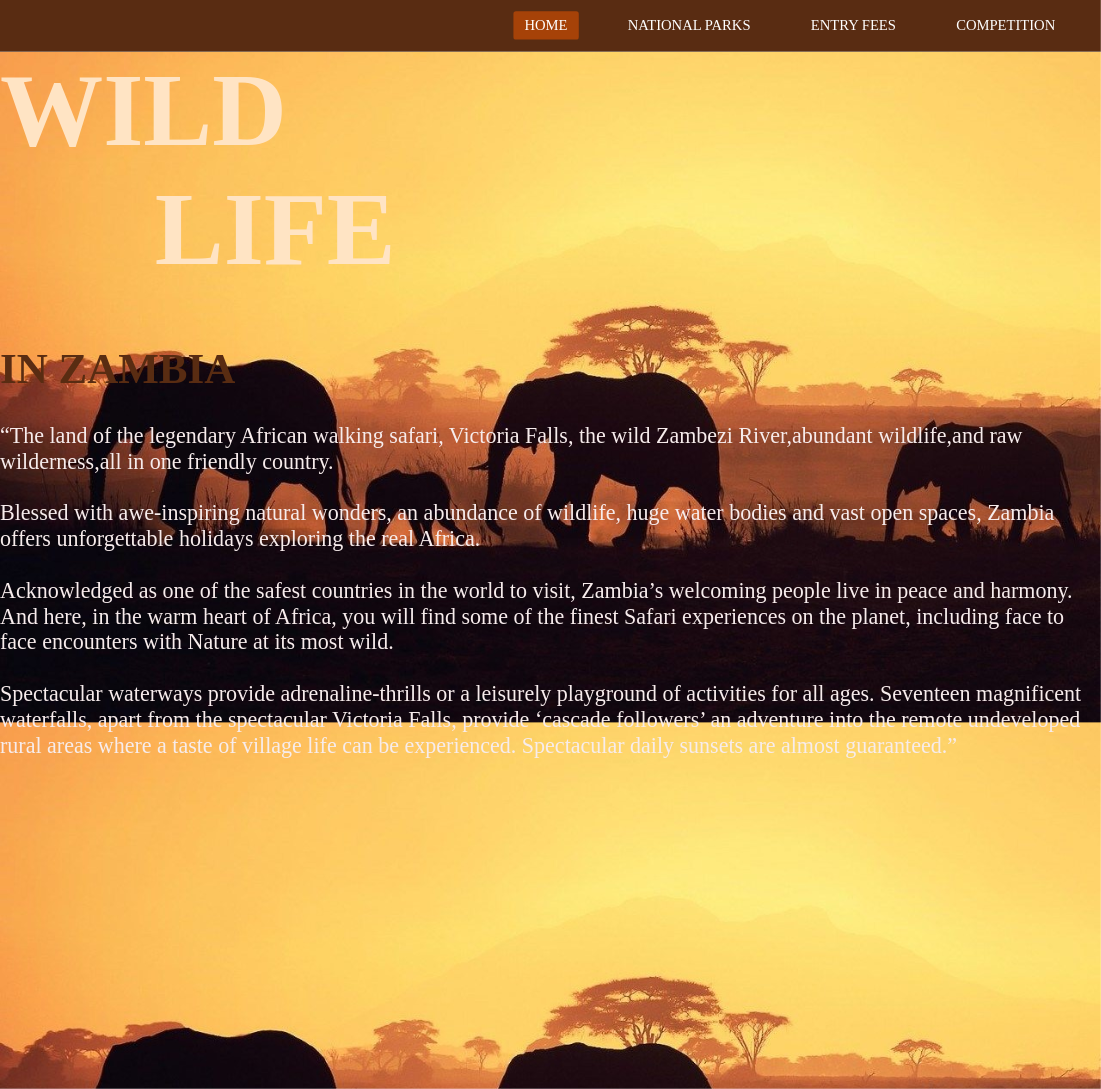
Repository: Lungdjos/web_assignment_3rd_yr
Page: home/index.html
The author's editor kept a copy of each file at every save. The page is drawn from the files as they stood at one save, then again after the next save.
The browser window is 1280 px wide. The pictures show the whole page, at 86% of full size.
Some web libraries are served in a nearby version.

Above is the page before, as saved 2021-06-18 15:26:32.

### home/index.html
<!DOCTYPE html>
<html lang="en">

<head>
    <meta charset="UTF-8">
    <meta http-equiv="X-UA-Compatible" content="IE=edge">
    <meta name="viewport" content="width=device-width, initial-scale=1.0">
    <link rel="stylesheet" href="index.css">


    <title>Home</title>
    <script src="https://kit.fontawesome.com/a076d05399.js"></script>
</head>

<body>
    <nav>
        <input type="checkbox" id="check">
        <label for="check" class="checkbtn">
            <i class="fas fa-bars"></i>
        </label>
        <label class="logo">  </label>

        <ul>
            <li><a class="active" href="#">Home</a></li>
            <li><a class="dropdown" href="#">National Parks</a>
                <ul class="drop">
                    <li>
                        <a href="/national parks/lower_zambezi/Lower_Zambezi.html">Lower Zambezi</a>
                    </li>
                    <li>
                        <a href="/national parks/mosi-oa-tunia/Mosi-oa-Tunya.html">Mosi oa Tunia</a>
                    </li>
                    <li>
                        <a href="/national parks/south_luangwa/South_Luangwa.html">South Luangwa</a>
                    </li>
                    <li>
                        <a href="/national parks/north_luangwa/North_Luangwa.html">North Luangwa</a>
                    </li>
                </ul>
            </li>
            <li><a href="/entry fee/entry_fee.html">Entry Fees</a></li>
            <li><a href="/competition/competition.html">Competition</a></li>

        </ul>
    </nav>
    <div>
        <section>
            <div>
                <p class="welcome">
                    <strong class="num1">WILD</strong><br>
                    <strong class="num2">LIFE</strong><br>
                    <strong class="num3">IN ZAMBIA</strong>
                </p>
            </div>
            <br>
            <div>
                <p class="para2">
                    <q>The land of the legendary African walking safari, Victoria Falls, the wild Zambezi River,abundant wildlife,and raw wilderness,all in one friendly country. <br><br>Blessed with awe-inspiring natural wonders, an abundance of wildlife,
                    huge water bodies and vast open spaces, Zambia offers unforgettable holidays exploring the real Africa. <br><br>Acknowledged as one of the safest countries in the world to visit, Zambia’s welcoming people live in peace and harmony. And here,
                    in the warm heart of Africa, you will find some of the finest Safari experiences on the planet, including face to face encounters with Nature at its most wild.<br> <br>Spectacular waterways provide adrenaline-thrills or a leisurely playground
                    of activities for all ages. Seventeen magnificent waterfalls, apart from the spectacular Victoria Falls, provide ‘cascade followers’ an adventure into the remote undeveloped rural areas where a taste of village life can be experienced.
                    Spectacular daily sunsets are almost guaranteed.</q></p>
            </div>

        </section>
    </div>


</body>

</html>

### home/index.css
    * {
        padding: 0;
        margin: 0;
        text-decoration: none;
        box-sizing: border-box;
    }

    body {
        font-family: montserrat;
    }

    nav {
        background: #592C12;
        height: 60px;
        width: 100%;
    }

    label.logo {
        color: white;
        font-size: 35;
        line-height: 60px;
        padding: 0 100px;
        font-weight: bold;
    }

    nav ul {
        float: right;
        margin-right: 20px;
    }

    nav ul li {
        display: inline-block;
        line-height: 60px;
        margin: 0 20px;
    }

    nav ul li a {
        color: white;
        font-size: 17px;
        padding: 7px 13px;
        border-radius: 3px;
        text-transform: uppercase;
    }

    a.active,
    a:hover {
        background: #A64208;
        transition: 0.5s;
    }

    .checkbtn {
        font-size: 30px;
        color: white;
        float: right;
        line-height: 60px;
        margin-right: 40px;
        cursor: pointer;
        display: none;
    }

    #check {
        display: none;
    }

    @media (max-width: 1080px) {
        label.logo {
            font-size: 30px;
            padding-left: 50px;
        }
        nav ul li a {
            font-size: 16px;
        }
    }

    @media (max-width: 1080px) {
        .checkbtn {
            display: block;
        }
        ul {
            position: fixed;
            width: 100%;
            height: 100vh;
            background: #592C12;
            top: 80px;
            left: -100%;
            text-align: center;
            transition: all 0.5s;
        }
        nav ul li {
            display: block;
            margin: 50px 0;
            line-height: 20px;
        }
        nav ul li a {
            font-size: 20px;
            font-family: Arial, Helvetica, sans-serif;
        }
        a:hover,
        a.active {
            background: none;
            color: #F2D1B3;
        }
        #check:checked~ul {
            left: 0;
        }
    }

    section {
        background: url(/assets/images/elephants.jpg);
        background-size: no repeat;
        height: calc(180vh - 90px);
    }
    /**New Content Added*/

    nav ul li ul a {
        display: block;
        padding: 0 15px;
        color: white;
        text-decoration: none;
    }

    nav ul li:hover>ul {
        display: block;
    }

    nav ul ul {
        position: absolute;
        top: 30px;
        list-style-type: none;
        line-height: 60px;
    }

    nav ul ul li {
        display: none;
    }

    nav ul ul a {
        width: 100%;
        float: none;
        display: list-item;
        position: relative;
    }

    nav ul ul li a {
        display: list-item;
        list-style-type: none;
        position: inherit;
    }
    /**Wild Life Formatting*/

    .welcome {
        color: bisque;
        font-size: 120px;
    }

    strong#01 {
        font-size: 100px;
        font-family: Arial, Helvetica, sans-serif;
    }

    .num2 {
        margin-left: 180px;
    }

    .num3 {
        color: #592C12;
        font-size: 50px;
    }

    .para2 {
        font-variant-position: initial;
        font-size: 1.6em;
        color: rgb(247, 236, 236);
        display: relative;
        float: initial;
    }

After the next save:
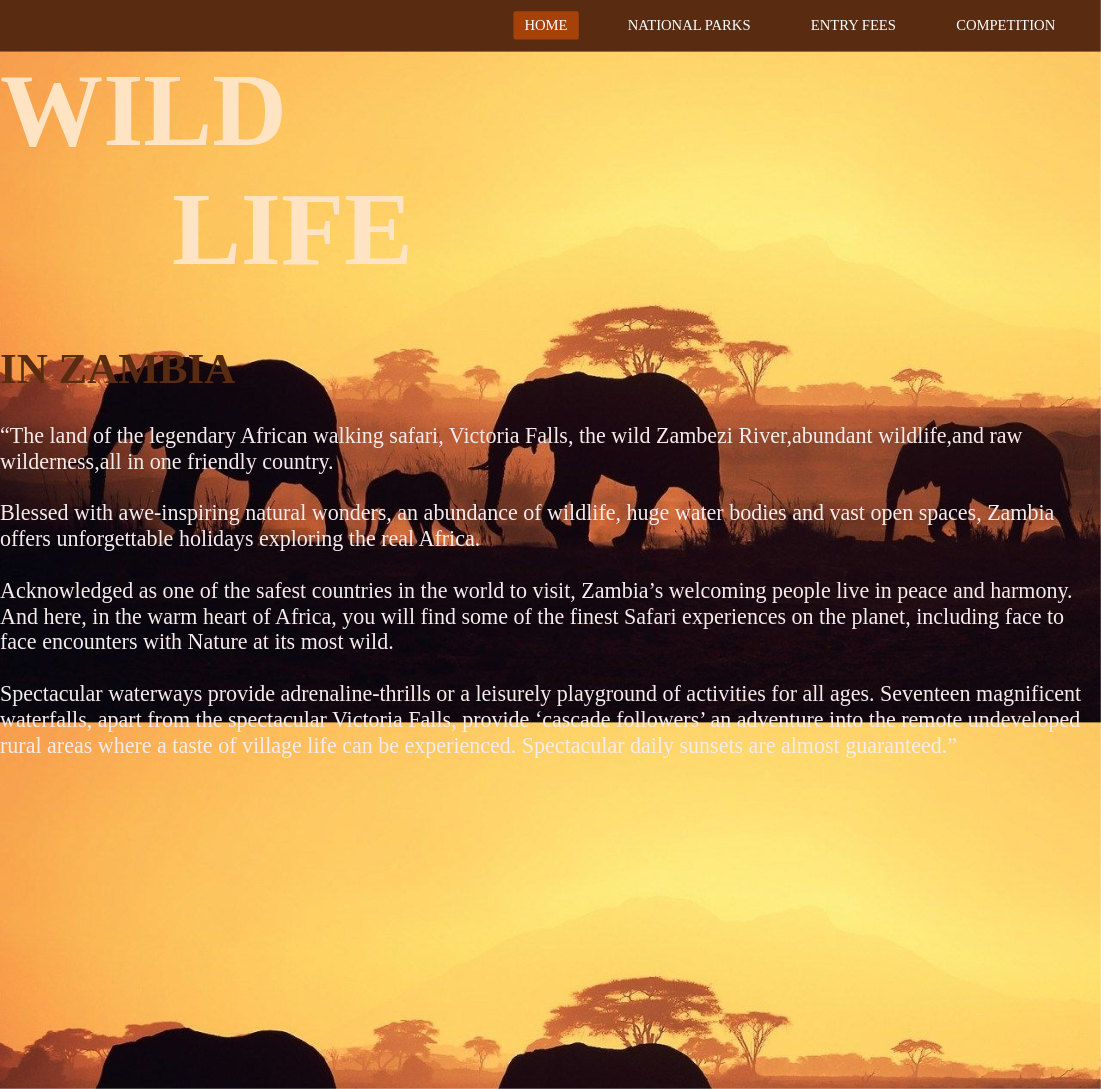
Saved 5 s later.
--- a/home/index.css
+++ b/home/index.css
@@ -159,7 +159,7 @@
     }
 
     .num2 {
-        margin-left: 180px;
+        margin-left: 200px;
     }
 
     .num3 {
